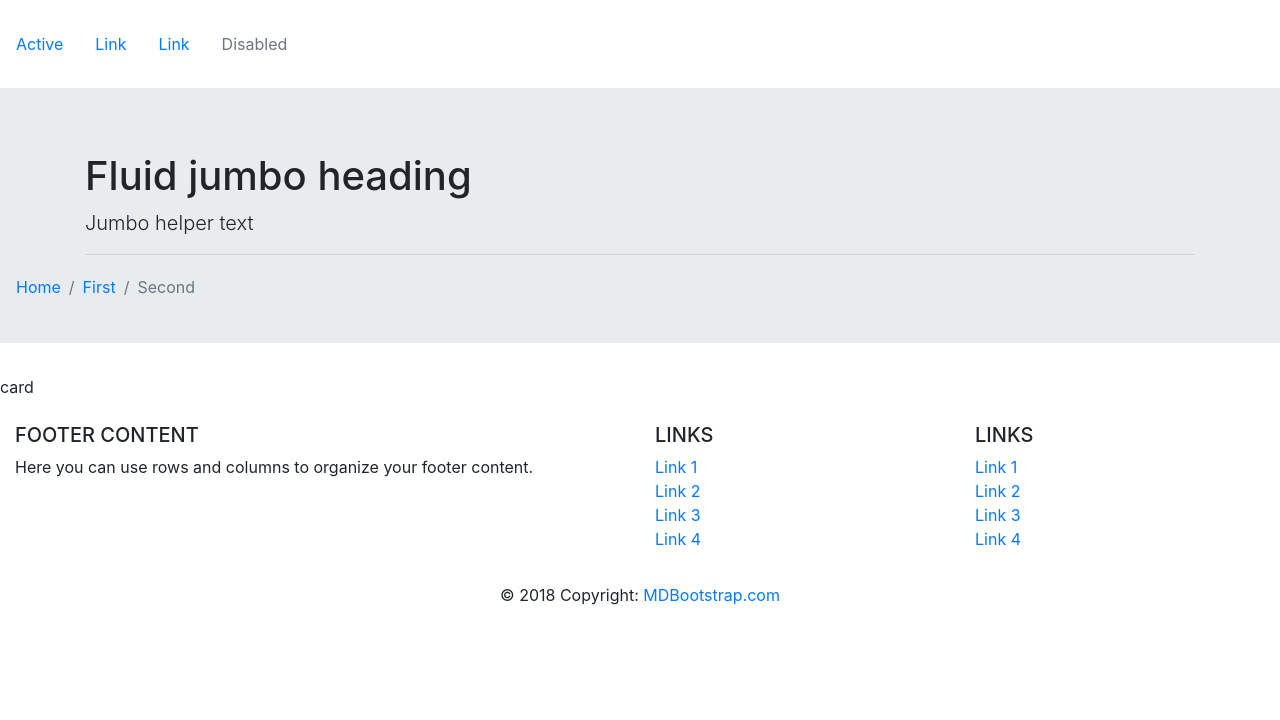
Repository: nicolasolo/airintribal-blog
Page: product.html
An editor plug-in stored every save of this project. The page is shown before and after the next save, followed by the edit.
The browser window is 1280 px wide. The pictures show the whole page.

Above is the page before, as saved 2020-04-17 00:43:09.

After the next save:
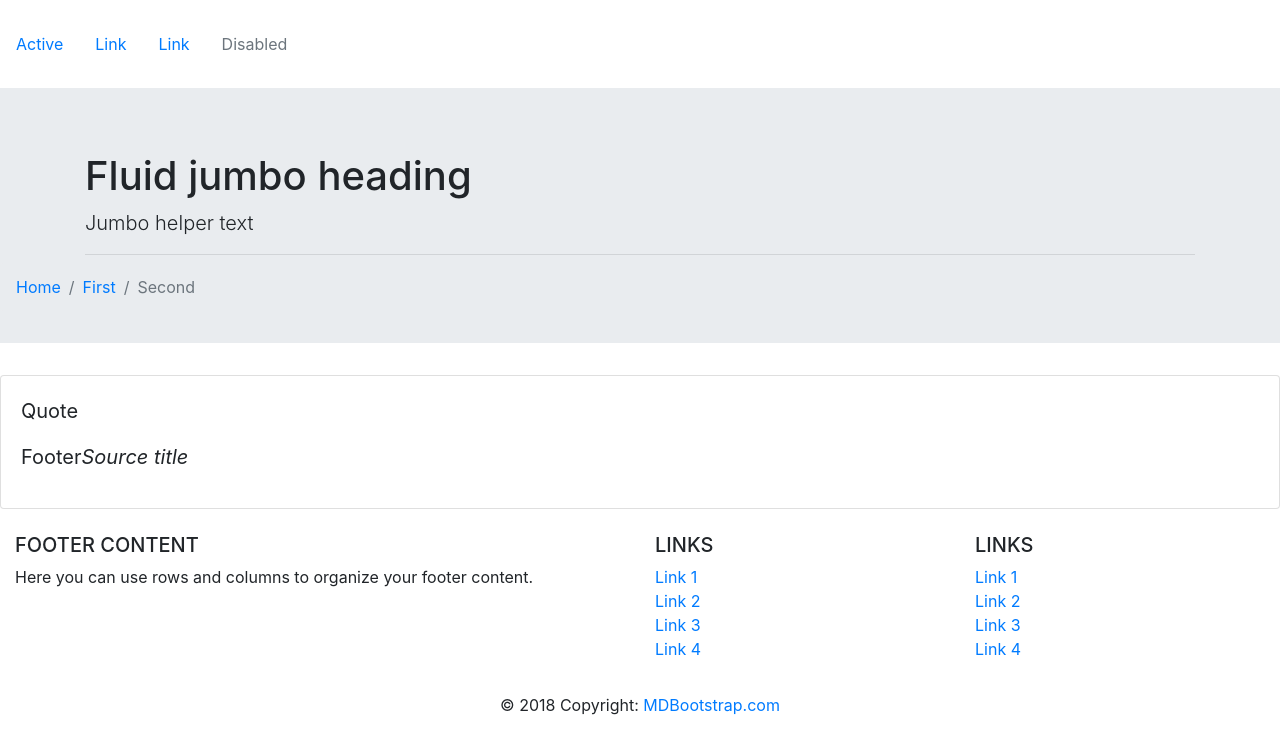
Saved 47 s later.
--- a/product.html
+++ b/product.html
@@ -58,7 +58,14 @@
 
             </div>
         </div>
-        card
+        <div class="card">
+          <div class="card-body">
+            <blockquote class="blockquote">
+              <p>Quote</p>
+              <footer class="card-blockquote">Footer<cite title="Source title">Source title</cite></footer>
+            </blockquote>
+          </div>
+        </div>
     </main>
     <!-- Main End-->
     <!-- Footer -->

After the save that followed:
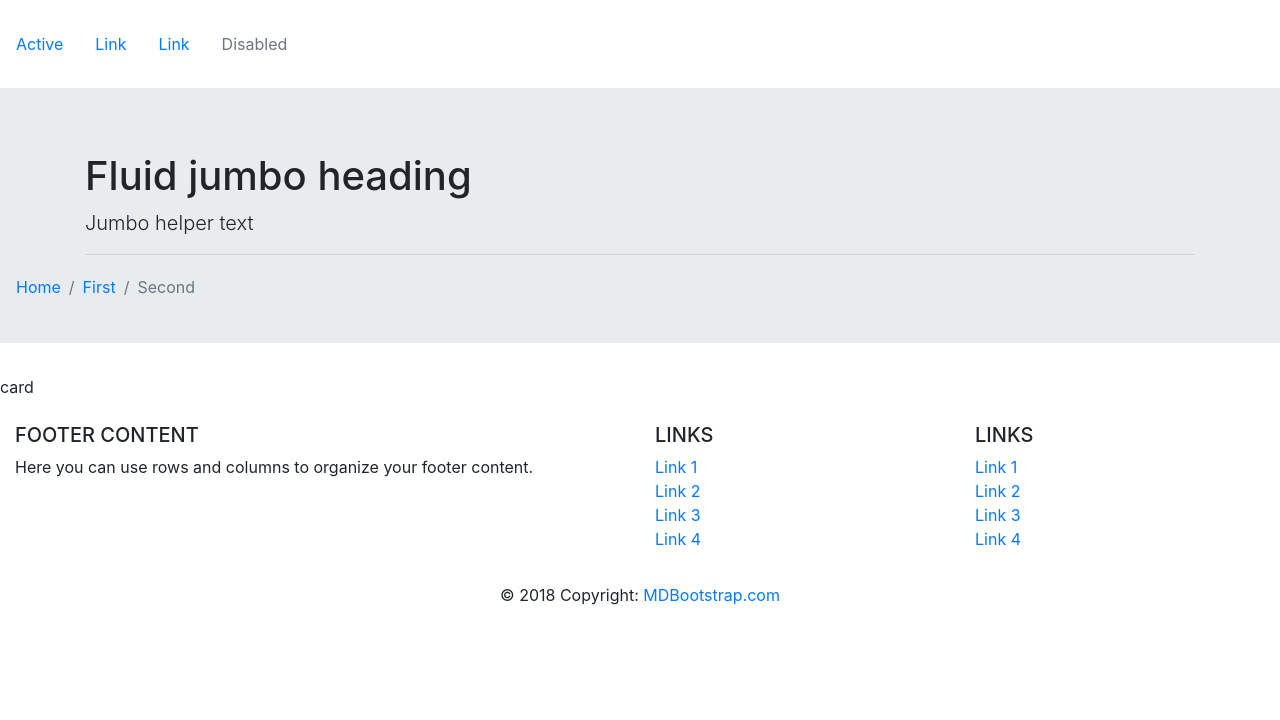
Saved 7 s later.
--- a/product.html
+++ b/product.html
@@ -58,14 +58,7 @@
 
             </div>
         </div>
-        <div class="card">
-          <div class="card-body">
-            <blockquote class="blockquote">
-              <p>Quote</p>
-              <footer class="card-blockquote">Footer<cite title="Source title">Source title</cite></footer>
-            </blockquote>
-          </div>
-        </div>
+        card
     </main>
     <!-- Main End-->
     <!-- Footer -->
